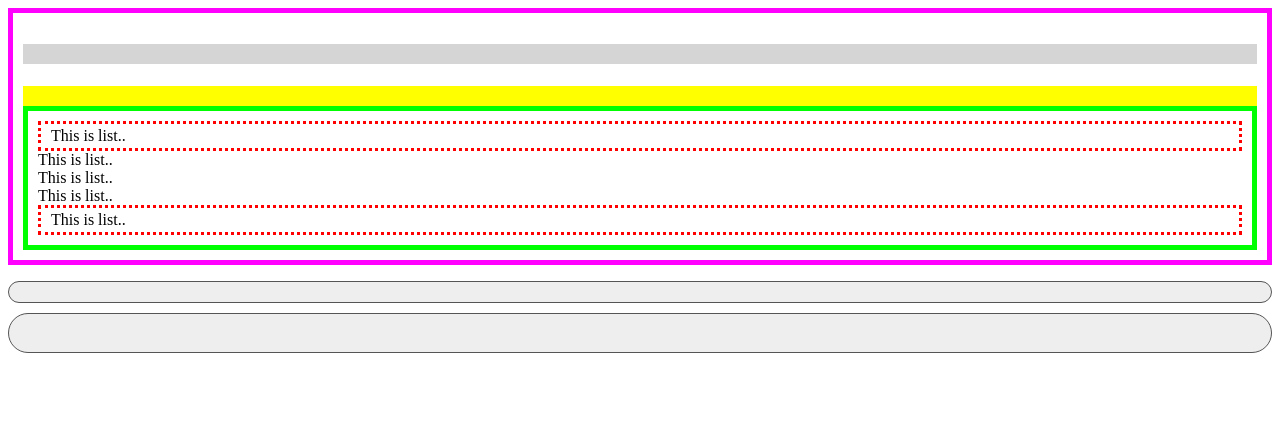
Repository: chaejunho689/bitcamp
Page: jQuery/src/main/webapp/01_hellojQuery/exam05.html
An editor plug-in stored every save of this project. The page is shown before and after the next save, followed by the edit.
The browser window is 1280 px wide. The pictures show the whole page.

Above is the page before, as saved 2024-08-22 05:22:08.
Console error: SyntaxError: Invalid or unexpected token

After the next save:
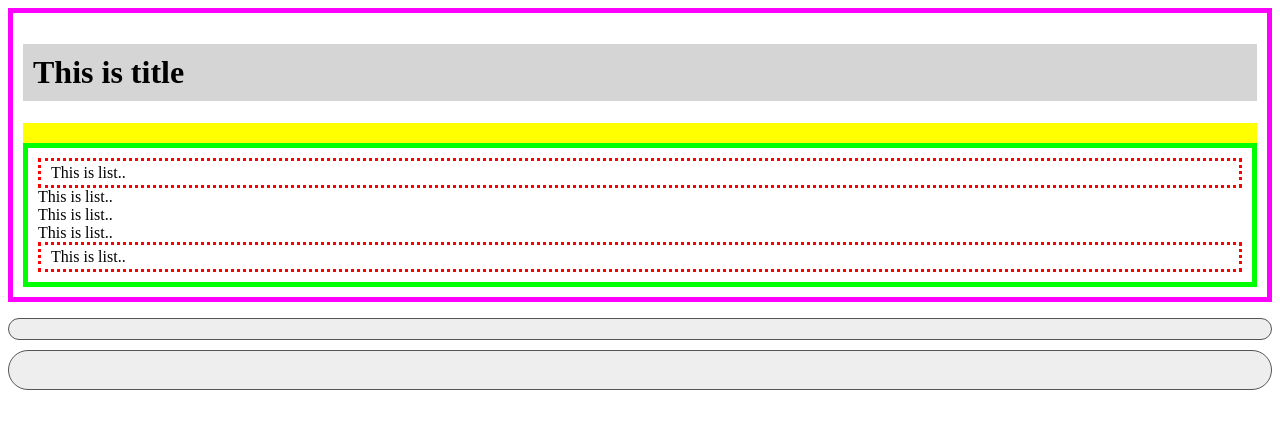
The error is gone.
Saved 26 s later.
--- a/jQuery/src/main/webapp/01_hellojQuery/exam05.html
+++ b/jQuery/src/main/webapp/01_hellojQuery/exam05.html
@@ -67,7 +67,7 @@ $(function(){
 
 	$('#container > h1#title').html("This is title"); // 자식 선택 방법
 
-	$('#div#container > div.box).html("This is title"); // 자식 선택 방법
+	$('#div#container > div.box').html("This is title"); // 자식 선택 방법
 });
 </script>
 
